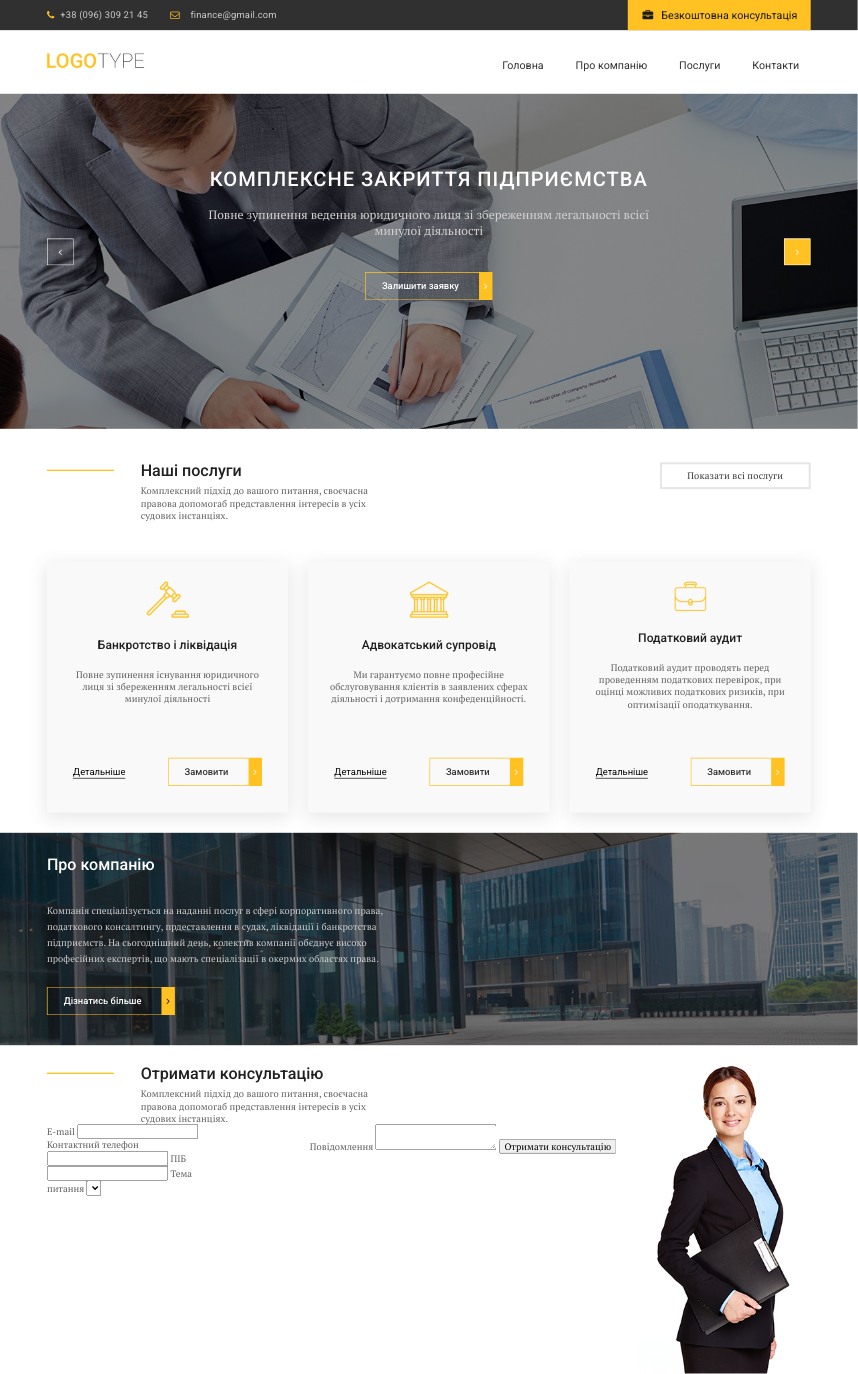
Repository: oliachipko/companysait
Page: index.html
An editor plug-in stored every save of this project. The page is shown before and after the next save, followed by the edit.
The browser window is 1280 px wide. The pictures show the whole page, at 67% of full size.

Above is the page before, as saved 2020-11-20 03:52:54.

### index.html
<!DOCTYPE html>
<html lang="en">
  <head>
    <meta charset="UTF-8" />
    <meta name="viewport" content="width=device-width, initial-scale=1.0" />
    <title>Document</title>
    <link rel="preconnect" href="https://fonts.gstatic.com" />
    <link href="https://fonts.googleapis.com/css2?family=PT+Serif:wght@400;700&family=Roboto:wght@400;500;700&display=swap"
      rel="stylesheet"/>
    <link rel="stylesheet" href="css/normalize.css" />
    <link rel="stylesheet" href="css/fonts.css" />
    <link rel="stylesheet" href="css/jquery.fancybox.min.css" />
    <link rel="stylesheet" href="css/slick.css" />
    <link rel="stylesheet" href="css/style.css" />
  </head>
  <body>
    <header class="header">
      <div class="header__top">
        <div class="container">
          <div class="header__contacts">
            <a class="header__phone" href="tel:380963092145">+38 (096) 309 21 45</a>
            <a class="header__email" href="#">finance@gmail.com</a>
            <a data-fancybox data-src="#modal" href="javascript:;" href="#" class="header__btn">
              Безкоштовна консультація
            </a>
          </div>
        </div>
      </div>
      <div class="header__content">
        <div class="container">
          <div class="header__content-inner">
            <div class="header__logo">
              <a href="#">
                <img src="img/logo.png" alt="" />
              </a>
            </div>
            <nav class="menu">
              <ul>
                <li><a href="#">Головна</a></li>
                <li><a href="#">Про компанію</a></li>
                <li><a href="#">Послуги</a></li>
                <li><a href="#">Контакти</a></li>
              </ul>
            </nav>
          </div>
        </div>
      </div>
    </header>
    <section class="slider">
      <div class="container">
        <div class="slider__inner">
          <div class="slider__item">
            <div class="slider__item-content">
              <div class="slider__title">КОМПЛЕКСНЕ ЗАКРИТТЯ ПІДПРИЄМСТВА</div>
              <div class="slider__text">
                Повне зупинення ведення юридичного лиця зі збереженням
                легальності всієї минулої діяльності
              </div>
              <a data-fancybox data-src="#modal" href="javascript:;" class="slider__btn default-btn">
                Залишити заявку
              </a>
            </div>
          </div>

          <div class="slider__item">
            <div class="slider__item-content">
              <div class="slider__title">КОМПЛЕКСНЕ ЗАКРИТТЯ ПІДПРИЄМСТВА</div>
              <div class="slider__text">
                Повне зупинення ведення юридичного лиця зі збереженням
                легальності всієї минулої діяльності
              </div>
              <a data-fancybox data-src="#modal" href="javascript:;" class="slider__btn default-btn">
                Залишити заявку
              </a>
            </div>
          </div>

          <div class="slider__item">
            <div class="slider__item-content">
              <div class="slider__title">КОМПЛЕКСНЕ ЗАКРИТТЯ ПІДПРИЄМСТВА</div>
              <div class="slider__text">
                Повне зупинення ведення юридичного лиця зі збереженням
                легальності всієї минулої діяльності
              </div>
              <a data-fancybox data-src="#modal" href="javascript:;"class="slider__btn default-btn">
                Залишити заявку
              </a>
            </div>
          </div>
        </div>
      </div>
    </section>
    <section class="services">
      <div class="container">
        <div class="services__top">
          <div class="services__title-box">
            <div class="services__title">Наші послуги</div>
            <div class="services__text">
              Комплексний підхід до вашого питання, своєчасна правова допомогаб
              представлення інтересів в усіх судових інстанціях.
            </div>
          </div>
          <div class="services__btn">
          <a href="" class="services__btn"> Показати всі послуги </a>
        </div>
      </div>
      <div class="services__items">
        <div class="services__item">
          <img src="img/about-1.png" alt="">
          <div class="services__item-title">
            Банкротство і ліквідація
          </div>
          <div class="services__item-text">
            Повне зупинення існування юридичного лиця зі збереженням легальності всієї
            минулої діяльності
          </div>
          <div class="services__item-btn">
            <a class="services__item-link" href="#">Детальніше</a>
            <a data-fancybox data-src="#modal" href="javascript:;" class="default-btn">
                Замовити
            </a>
          </div>
        </div>

        <div class="services__item">
          <img src="img/about-2.png" alt="">
          <div class="services__item-title">
            Адвокатський супровід
          </div>
          <div class="services__item-text">
            Ми гарантуємо повне професійне обслуговування клієнтів в заявлених сферах
            діяльності і дотримання конфеденційності.
          </div>
          <div class="services__item-btn">
            <a class="services__item-link" href="#">Детальніше</a>
            <a data-fancybox data-src="#modal" href="javascript:;" class="default-btn">
                Замовити
            </a>
          </div>
        </div>

        <div class="services__item">
          <img src="img/about-3.png" alt="">
          <div class="services__item-title">
            Податковий аудит
          </div>
          <div class="services__item-text">
            Податковий аудит проводять перед проведенням податкових перевірок, при оцінці можливих
            податкових ризиків, при оптимізації оподаткування.
          </div>
          <div class="services__item-btn">
            <a class="services__item-link" href="#">Детальніше</a>
            <a data-fancybox data-src="#modal" href="javascript:;" class="default-btn">
                Замовити
            </a>
          </div>
        </div>
      </div>
    </section>
    <section class="about">
      <div class="container">
        <div class="about__inner">
        <div class="about__title">
          Про компанію
        </div>
        <div class="about__text">
          Компанія спеціалізується на наданні послуг в сфері корпоративного права, податкового
          консалтингу, прдеставлення в судах, ліквідації і банкротства підприємств. На
          сьогоднішний день, колектив компанії обєднує
          високо професійних експертів, що мають
          спеціалізації в окермих областях права.

        </div>
        <a  href="#" class="about__btn default-btn">
          Дізнатись більше
      </a>

      </div>
    </div>
    </section>
    <section class="form">
     <div class="container">
       <div class="form__inner">
         <div class="form__content">
          <div class="form__title-box">
            <div class="form__title">
              Отримати консультацію
            </div>
            <div class="form__text">
              Комплексний підхід до вашого питання, своєчасна правова допомогаб
              представлення інтересів в усіх судових інстанціях.
            </div>
          </div>
          <div class="form__box">
            <form>
              <div class="form__box-inner">
                <div class="form__box-left">
                  <label>
                  E-mail
                    <input type="text">
                  </label>
                  <label>
                  Контактний телефон
                    <input type="text">
                  </label>
                  <label>
                  ПІБ
                    <input type="text">
                  </label>
                  <label>
                    Тема питання
                    <select>
                      <option></option>
                      <option></option>
                      <option></option>
                      <option></option>
                    </select>
                  </label>

                </div>
                <div class="form__box-right">
                  <label>
                    Повідомлення
                    <textarea></textarea>
                  </label>
                  <button type="submit">Отримати консультацію</button>
                </div>
              </div>
            </form>
          </div>

         </div>
       </div>
     </div>
    </section>




    <div id="modal">
      <h2>Hello!</h2>
      <p>You are awesome!</p>
    </div>

    <script src="https://ajax.googleapis.com/ajax/libs/jquery/3.5.1/jquery.min.js"></script>
    <script src="js/jquery.fancybox.min.js"></script>
    <script src="js/slick.min.js"></script>
    <script src="js/main.js"></script>
  </body>
</html>

### css/fonts.css
@font-face {
  font-family: 'icomoon';
  src:  url('../fonts/icomoon.eot?nqt5zc');
  src:  url('../fonts/icomoon.eot?nqt5zc#iefix') format('embedded-opentype'),
    url('../fonts/icomoon.ttf?nqt5zc') format('truetype'),
    url('../fonts/icomoon.woff?nqt5zc') format('woff'),
    url('../fonts/icomoon.svg?nqt5zc#icomoon') format('svg');
  font-weight: normal;
  font-style: normal;
  font-display: block;
}

[class^="icon-"], [class*=" icon-"] {
  /* use !important to prevent issues with browser extensions that change fonts */
  font-family: 'icomoon' !important;
  speak: never;
  font-style: normal;
  font-weight: normal;
  font-variant: normal;
  text-transform: none;
  line-height: 1;

  /* Better Font Rendering =========== */
  -webkit-font-smoothing: antialiased;
  -moz-osx-font-smoothing: grayscale;
}

.icon-envelope-o:before {
  content: "\f003";
}
.icon-check:before {
  content: "\f00c";
}
.icon-map-marker:before {
  content: "\f041";
}
.icon-phone:before {
  content: "\f095";
}
.icon-briefcase:before {
  content: "\f0b1";
}
.icon-bars:before {
  content: "\f0c9";
}
.icon-navicon:before {
  content: "\f0c9";
}
.icon-reorder:before {
  content: "\f0c9";
}
.icon-angle-left:before {
  content: "\f104";
}
.icon-angle-right:before {
  content: "\f105";
}
.icon-quote-left:before {
  content: "\f10d";
}
.icon-quote-right:before {
  content: "\f10e";
}
.icon-ellipsis-v:before {
  content: "\f142";
}

### css/style.css
* {
    box-sizing: border-box;
}

a{
    text-decoration: none;
    display: inline-block;
}

ul,
li{
    list-style: none;
    margin: 0;
    padding: 0;
}
.container{
    max-width: 1170px;
    margin: 0 auto;
    padding: 0 15px;
}

body{
    font-family: 'PT Serif', serif;
    /*font-family: 'Roboto', sans-serif;*/
    font-weight: 400px;
    font-size: 14px;
    line-height: 18px;
    color: #5e5e5e;

}
header {
    font-family: 'Roboto', sans-serif;
}
.header__top{
   background-color: #303030;
}
.header__btn {
    float: right;
    line-height: 36px;
    color: #1b1b1b;
    background-color: #ffc222;
    padding: 5px 20px 4px 50px;
    font-size: 16px;
    position: relative;
}
.header__btn:before {
    content: "\f0b1";
    font-family: 'icomoon';
    position: absolute;
    left: 22px;
    color: #1b1b1b;
}
.header__contacts:after {
    content: "";
    clear: both;
    display: block;
}
.header__phone,
.header__email {
    color:#cbcacb;
    letter-spacing: 0.25px;
    line-height: 45px;
    position: relative;
}
.header__phone {
    padding-left: 20px;
    padding-right: 30px;
}
.header__phone:before {
    content: "\f095";
    font-family: 'icomoon';
    position: absolute;
    left: 0;
    color: #ffc222;
}
.header__email{
    padding-left: 30px;
}
.header__email:before {
    content: "\f003";
    font-family: 'icomoon';
    position: absolute;
    left: 0;
    color: #ffc222;
}
.header__content {
    padding: 34px 0px 23px;
}
.header__content-inner{
    display: flex;
    justify-content: space-between;
}
.menu li {
    display: inline-block;
}
.menu a{
    color: #323232;
    font-size: 16px;
    line-height: 36px;
    border: 1px solid transparent;
    padding: 0px 16px;
    transition: all .3s;
}
.menu a:hover {
    border-color: #ffc222;
}
.menu li + li{
    padding-left: 10px;
}
#modal {
    display: none;
}
.slider{
    background-image: url(../img/slider-fon.jpg);
    background-repeat: no-repeat;
    background-size: cover;
    background-position: center;
    min-height: 500px;
}
.slider__item-content{
    text-align: center;
    padding-top: 110px;
    max-width: 665px;
    margin: 0 auto;
}
.slider__title{
    text-transform: uppercase;
    font-size: 30px;
    line-height: 36px;
    color: white;
    font-weight: 500;
    letter-spacing: 1.5px;
    margin-bottom: 22px;
    font-family: 'Roboto', sans-serif;
}
.slider__text{
    line-height: 24px;
    font-size: 18px;
    color: #d3d2d2;
    margin-bottom: 50px;
}

.default-btn {
    display: inline-block;
    color: white;
    font-size: 14px;
    line-height: 24px;
    font-weight: 500;
    font-family: 'Roboto', sans-serif;
    padding: 8px 30px 8px 24px;
    border: 1px solid #ffc222;
    border-right-width: 20px;
    position: relative;
    z-index: 2;
    outline: none;
}
.default-btn:after {
    content: "\f105";
    font-family: 'icomoon';
    position: absolute;
    top: 50%;
    transform: translateY(-50%);
    right: -12px;
}


.slider__inner {
    position: relative;
}
.slick-btn {
    position: absolute;
    top: 70%;
    z-index: 3;
    width: 40px;
    height: 40px;
    border: 1px solid white;
    cursor: pointer;
    outline: none;
    background-color: #ffc222;
}
.slick-btn.slick-disabled {
    cursor: default;
    background-color: transparent;

}
.slick-btn:before{
    position: absolute;
    top: 50%;
    left: 50%;
    transform: translate(-50%, -50%);
    font-family: 'icomoon';
    color: white;

}
.slick-next:before{
    content: "\f105";
}
.slick-prev:before {
    content: "\f104";
}
.slick-next{
    right: 0;
}
.slick-prev{
    left: 0;
}
.services {
    padding: 50px 0px 30px;
}
.services__top{
    display: flex;
    justify-content: space-between;
    margin-bottom: 60px;
}
.services__title-box,
.form__title-box{
    max-width: 520px;
    padding-left: 140px;
    position: relative;
}
.services__title-box:before,
.form__title-box:before {
    content: "";
    position: absolute;
    width: 100px;
    height: 2px;
    background-color: #ffc222;
    left: 0;
    top: 11px;
}
.services__title,
.form__title{
    font-size: 24px;
    font-weight: 500;
    line-height: 24px;
    color: #212020;
    font-family: 'Roboto', sans-serif;
    margin-bottom: 10px;
}
.services__text,
.form__text{
    letter-spacing: 0.1px;
}
.services__btn a{
    color: #373636;
    line-height: 24px;
    letter-spacing: 0.25px;
    padding: 5px 38px;
    border: 3px solid #e6e6e6;
}
.services__items {
    display: flex;
    justify-content: space-between ;
}
.services__item {
    max-width: 360px;
    text-align: center;
    padding: 30px 0px 80px;
    position: relative;
    min-height: 375px;
    background-color: #f9f9f9;
    box-shadow: 0px 7px 24.3px 2.7px rgba(91, 89, 89, 0.14);
}
.services__item-title{
    color: #212020;
    font-size: 18px;
    line-height: 24px;
    font-weight: 500;
    font-family: 'Roboto', sans-serif;
    padding: 24px 0;
}
.services__item-text{
    letter-spacing: 0.1px;
    padding: 0px 30px 30px;
}
.services__item-btn {
    position: absolute;
    bottom: 40px;
    left: 0;
    right: 0;
}
.services__item-btn .default-btn {
    color: #373636;

}
.services__item-btn .default-btn:after {
    color: #ffffff;
}
.services__item-link{
    color: #050505;
    font-family: 'Roboto', sans-serif;
    border-bottom: 1px solid #050505 ;
    margin-right: 60px;
}
.about {
    background-image: url(../img/about-fon.jpg);
    background-size: cover;
    background-position: center;
    min-height: 300px;
    background-repeat: no-repeat;
    padding: 25px 0px 45px;

}
.about__inner{
    max-width: 545px;
}
.about__title{
    padding: 10px 0px 25px;
    margin-bottom: 20px;
    font-size: 24px;
    line-height: 24px;
    color: #fff;
    font-weight: 500;
    font-family: 'Roboto', sans-serif;
}
.about__text {
    margin-bottom: 30px;
    letter-spacing: 0.1px;
    line-height: 24px;
    color: #d3d2d2;
}
.about__btn.default-btn:after {
    color: #000;
}
.form {
    padding-top: 30px;
}
.form__inner {
    padding-bottom: 40px;
    background-image: url(../img/form-fon.png);
    min-height: 460px;
    background-repeat: no-repeat;
    background-position: bottom right;
}
.form__box{
    max-width: 850px;
}
.form__box-inner {
    display: flex;
    justify-content: space-between;
}
.form__box-left{
    max-width: 260px;

}
.form__box-right{
    max-width: 555px;
}

### js/main.js
$(function(){

$('.slider__inner').slick({
    nextArrow: '<button type="button" class="slick-btn slick-next"></button>',
    prevArrow: '<button type="button" class="slick-btn slick-prev"></button>',
    infinite: false

});


});

Loaded but not shown: css/normalize.css (library); css/jquery.fancybox.min.css (library); css/slick.css (common file); js/jquery.fancybox.min.js (library); js/slick.min.js (library)

After the next save:
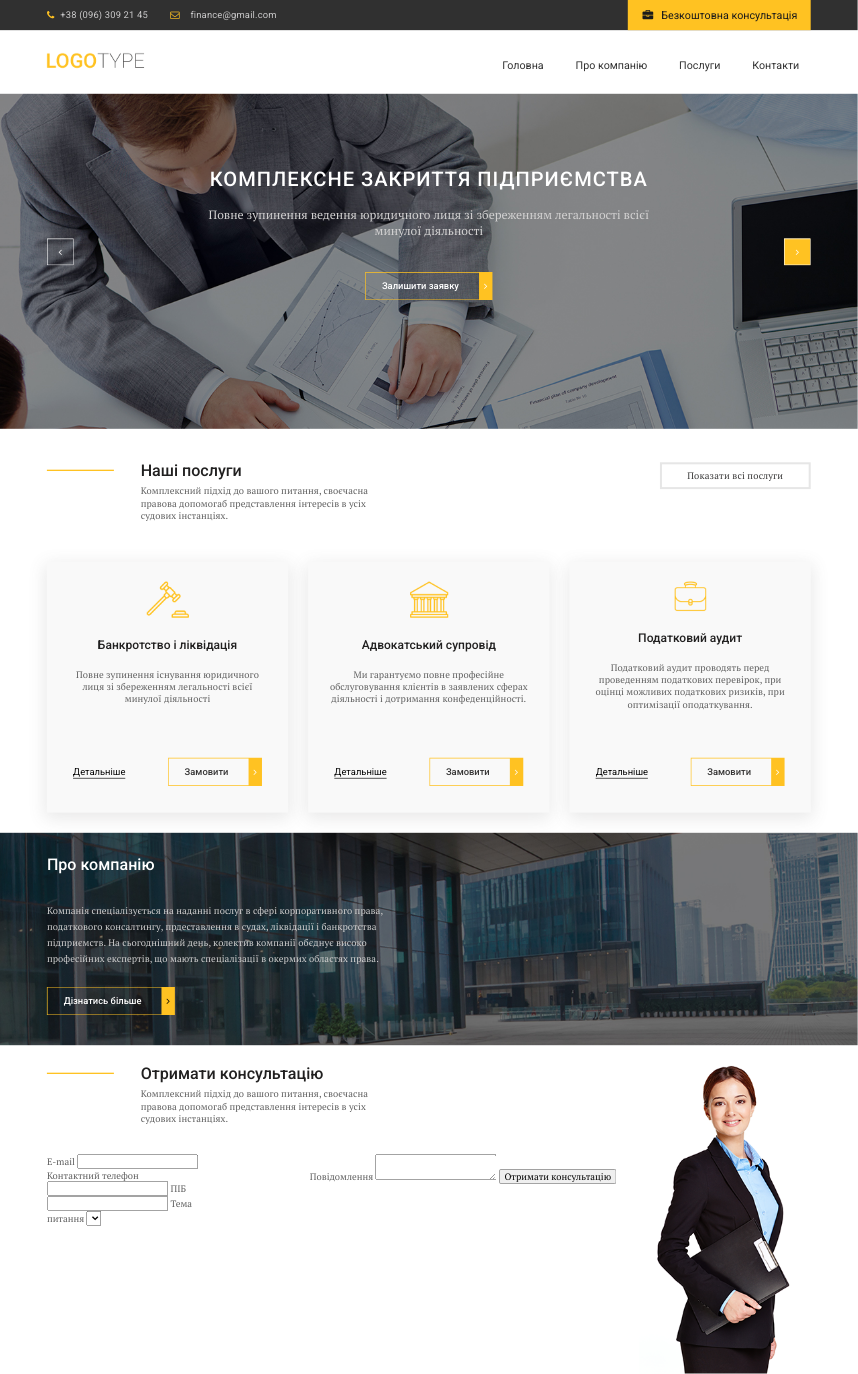
Saved 47 s later.
--- a/css/style.css
+++ b/css/style.css
@@ -334,6 +334,7 @@ header {
 }
 .form__box{
     max-width: 850px;
+    padding-top: 45px;
 }
 .form__box-inner {
     display: flex;
